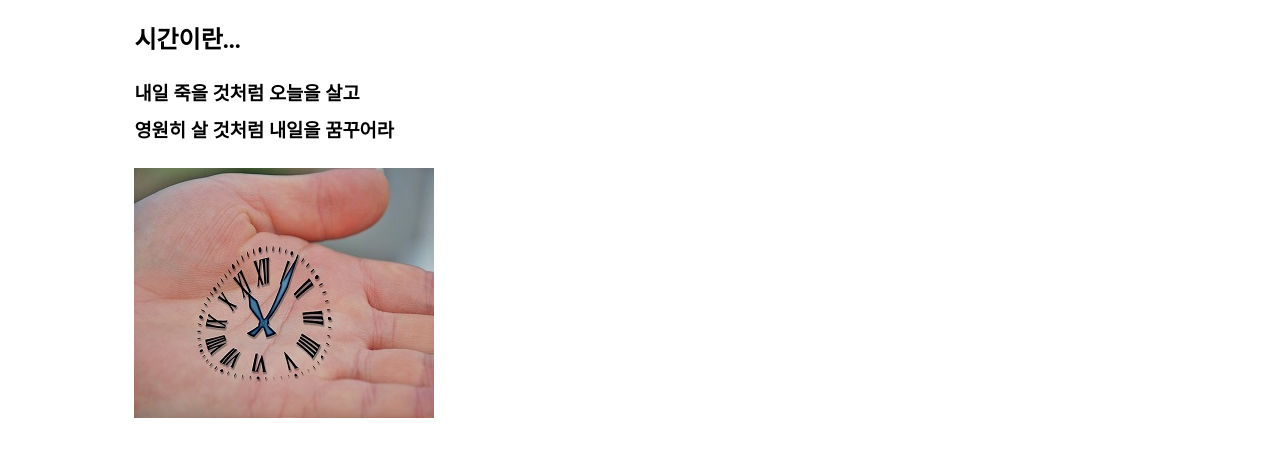
Repository: KyoungHwanJeong/jspworks
Page: http://localhost/jwbook/time.jsp
An editor plug-in stored every save of this project. The page is shown before and after the next save, followed by the edit.
The browser window is 1280 px wide. The pictures show the whole page.
The page is served by Tomcat 9. Other server files are loaded and not shown.

Above is the page before, as saved 2023-11-20 03:04:19.

### jwbook/src/main/webapp/time.jsp
<!--  -->

<%@ page language="java" contentType="text/html; charset=UTF-8"
    pageEncoding="UTF-8"%>
<!DOCTYPE html>
<html>
<head>
<meta charset="UTF-8">
<meta name="viewport" content="width=device-width, initial-scale=1.0">
<title>시간이란...</title>
<style>
	#wrap{width: 80%; margin: 0 auto; text-aline : center;}
	h3{line-height: 2;}
</style>
</head>
<body>
	<div id = "wrap">
		<h2>시간이란...</h2>
		<h3>내일 죽을 것처럼 오늘을 살고<br>
			영원히 살 것처럼 내일을 꿈꾸어라</h3>
		<div>
			<img src="resources/images/time.jpg" alt="시계">
		</div>

	</div>
</body>
</html>

After the next save:
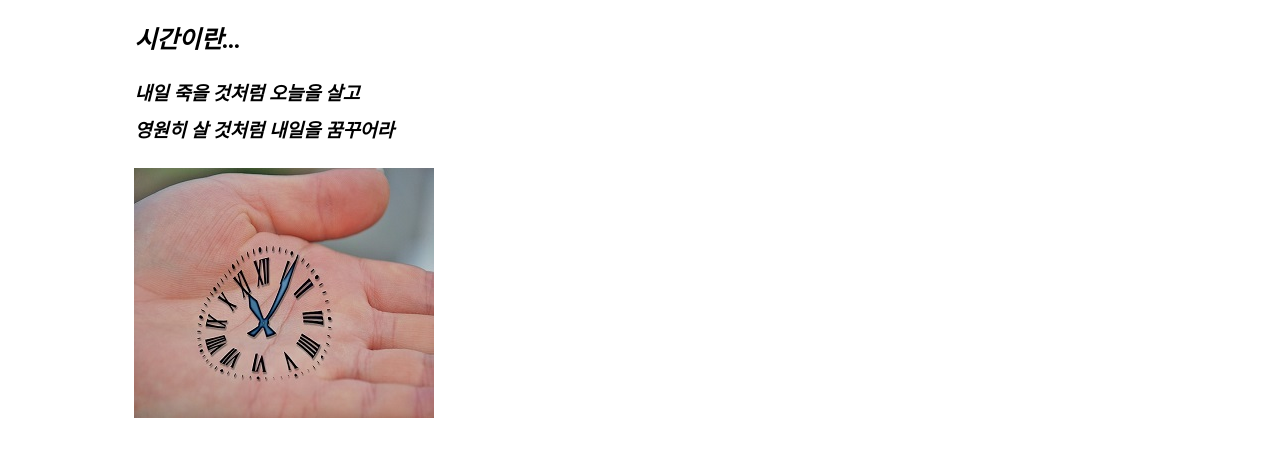
Saved 11 s later.
--- a/jwbook/src/main/webapp/time.jsp
+++ b/jwbook/src/main/webapp/time.jsp
@@ -9,7 +9,7 @@
 <meta name="viewport" content="width=device-width, initial-scale=1.0">
 <title>시간이란...</title>
 <style>
-	#wrap{width: 80%; margin: 0 auto; text-aline : center;}
+	#wrap{width: 80%; margin: 0 auto; text-aline : center; font-style: italic;}
 	h3{line-height: 2;}
 </style>
 </head>

After the save that followed:
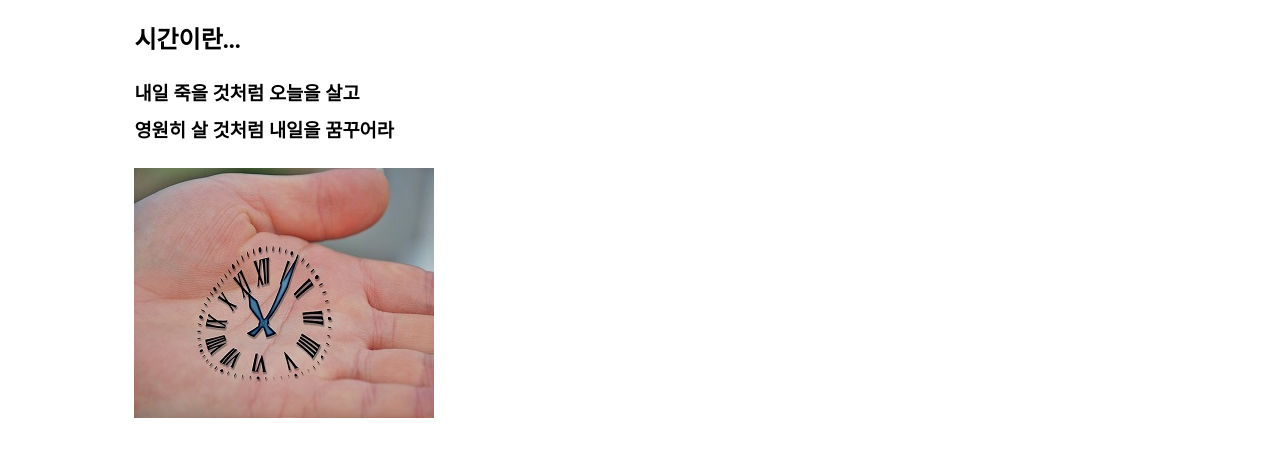
Saved 18 s later.
--- a/jwbook/src/main/webapp/time.jsp
+++ b/jwbook/src/main/webapp/time.jsp
@@ -9,7 +9,8 @@
 <meta name="viewport" content="width=device-width, initial-scale=1.0">
 <title>시간이란...</title>
 <style>
-	#wrap{width: 80%; margin: 0 auto; text-aline : center; font-style: italic;}
+	#wrap{width: 80%; margin: 0 auto; text-aline : center;}
+	h2{}
 	h3{line-height: 2;}
 </style>
 </head>
